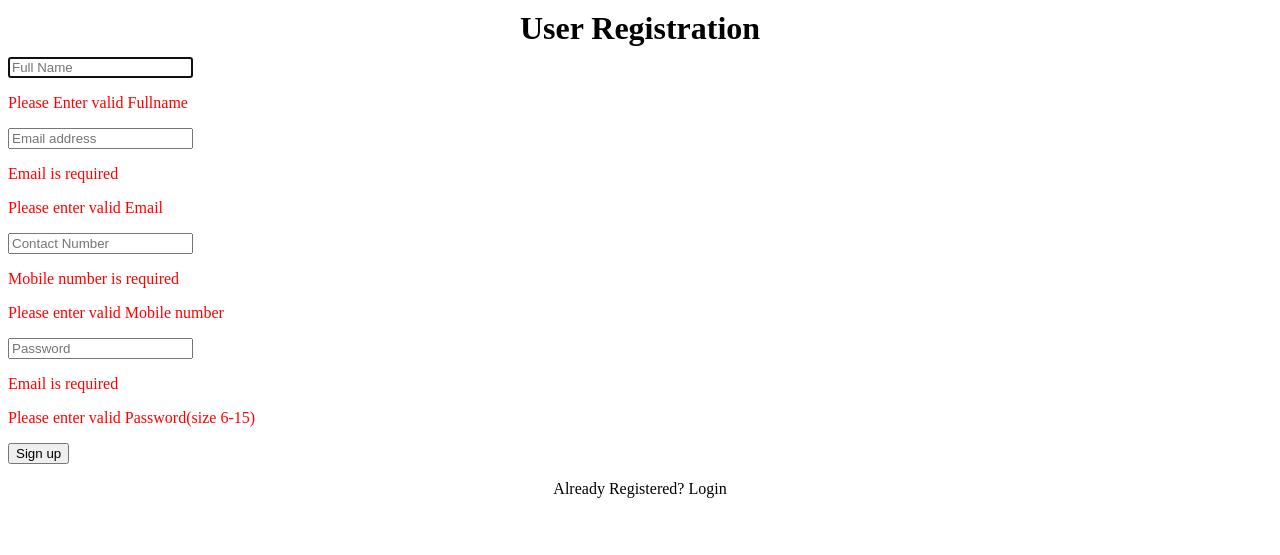
Repository: sagarpatil11/ToDo
Page: todo/src/main/webapp/templates/userregistration.html
An editor plug-in stored every save of this project. The page is shown before and after the next save, followed by the edit.
The browser window is 1280 px wide. The pictures show the whole page.

Above is the page before, as saved 2017-07-21 12:00:48.

### todo/src/main/webapp/templates/userregistration.html
<div class="container">
        <div class="card card-container">

            <h1 style="text-align: center;margin:10px">User Registration</h1>

            <form name="regform" class="form-signin" method="post">

            	<div class="form-group">
            		<input type="text" name="fullname" data-ng-model="fullname" data-ng-pattern="/^[A-Za-z]*$/" id="fullname" class="form-control" placeholder="Full Name" required autofocus>
                	<p><span data-ng-show="regform.fullname.$error.required && regform.fullname.$touched" style="color: red">Please Enter valid Fullname</span></p>
               		<!-- <p><span data-ng-show="userform.email.$error.email && userform.email.$touched" style="color: red">Please enter valid Email</span></p> -->
               	</div>

               	<div class="form-group">
                	<input type="email" name="email" data-ng-model="email" id="inputEmail" class="form-control" placeholder="Email address" required >
               		<p><span data-ng-show="regform.email.$error.required && regform.email.$touched" style="color: red">Email is required</span></p>
               		<p><span data-ng-show="regform.email.$error.email && regform.email.$touched" style="color: red">Please enter valid Email</span></p>
               	</div>

               	<div class="form-group">
                	<input type="number" name="mobile" data-ng-model="mobile" data-ng-minlength="10" data-ng-maxlength="10" id="mobile" class="form-control" placeholder="Contact Number" required >
               		<p><span data-ng-show="regform.mobile.$error.required && regform.mobile.$touched" style="color: red">Mobile number is required</span></p>
               		<p><span data-ng-show="regform.mobile.$error.minlength || regform.mobile.$error.maxlength" style="color: red">Please enter valid Mobile number</span></p>
               	</div>

               	<div class="form-group">
               		<input type="password" name="password" data-ng-model="password" data-ng-minlength="6" data-ng-maxlength="15" id="inputPassword" class="form-control" placeholder="Password" required>
                	<p><span data-ng-show="regform.password.$error.required && regform.password.$touched" style="color: red">Email is required</span></p>
               		<p><span data-ng-show="regform.password.$error.minlength || regform.password.$error.maxlength" style="color: red">Please enter valid Password(size 6-15)</span></p>
               	</div>

                <button class="btn btn-primary btn-block btn-signup" type="submit" data-ng-disabled="regform.$invalid" data-ng-click="signUp()">Sign up</button>

            </form>

            <p style="text-align: center;">Already Registered?<a ui-sref="login"> Login</a></p>
        </div>
</div>

After the next save:
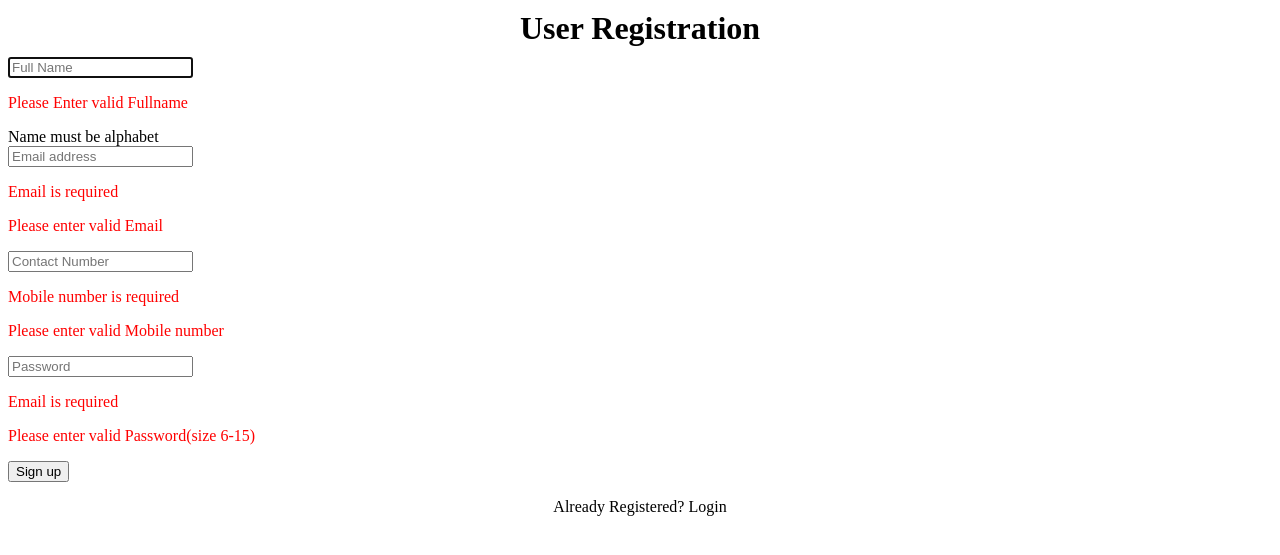
Saved 97 s later.
--- a/todo/src/main/webapp/templates/userregistration.html
+++ b/todo/src/main/webapp/templates/userregistration.html
@@ -9,6 +9,8 @@
             		<input type="text" name="fullname" data-ng-model="fullname" data-ng-pattern="/^[A-Za-z]*$/" id="fullname" class="form-control" placeholder="Full Name" required autofocus>
                 	<p><span data-ng-show="regform.fullname.$error.required && regform.fullname.$touched" style="color: red">Please Enter valid Fullname</span></p>
                		<!-- <p><span data-ng-show="userform.email.$error.email && userform.email.$touched" style="color: red">Please enter valid Email</span></p> -->
+               		<div ng-message="pattern"><i class="fa fa-exclamation-triangle" aria-hidden="true"></i> Name must be alphabet</div>
+
                	</div>
 
                	<div class="form-group">

After the 3 saves that followed:
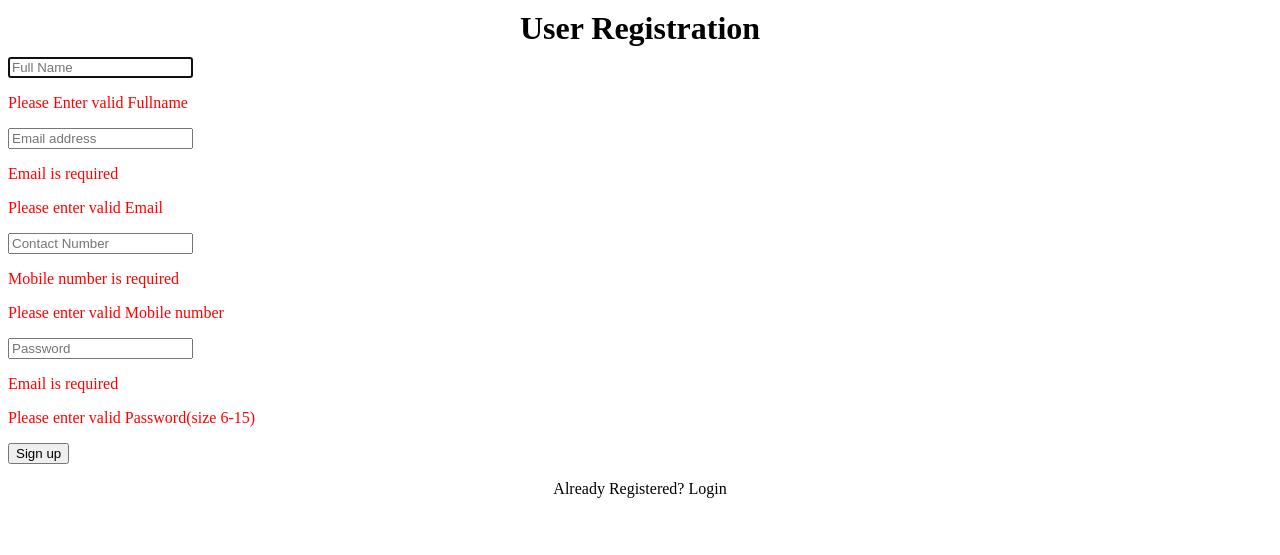
The 3 saves are shown as one change because 2 left the picture as it was.
The last was saved 2 min 11 s later.
--- a/todo/src/main/webapp/templates/userregistration.html
+++ b/todo/src/main/webapp/templates/userregistration.html
@@ -9,7 +9,7 @@
             		<input type="text" name="fullname" data-ng-model="fullname" data-ng-pattern="/^[A-Za-z]*$/" id="fullname" class="form-control" placeholder="Full Name" required autofocus>
                 	<p><span data-ng-show="regform.fullname.$error.required && regform.fullname.$touched" style="color: red">Please Enter valid Fullname</span></p>
                		<!-- <p><span data-ng-show="userform.email.$error.email && userform.email.$touched" style="color: red">Please enter valid Email</span></p> -->
-               		<div ng-message="pattern"><i class="fa fa-exclamation-triangle" aria-hidden="true"></i> Name must be alphabet</div>
+               		<span data-ng-show="regform.fullname.$error.required >Name must be alphabet</span>
 
                	</div>
 
